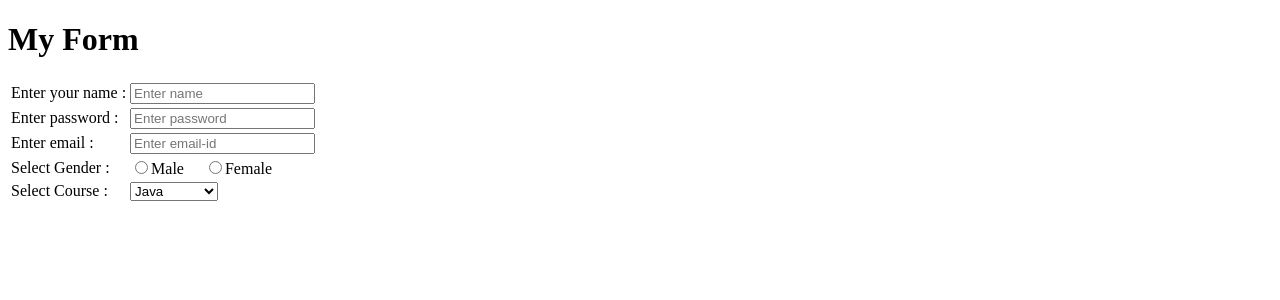
Repository: nin19/advance_java
Page: servlet/FormServlet/src/main/webapp/index.html
The author's editor kept a copy of each file at every save. The page is drawn from the files as they stood at one save, then again after the next save.
The browser window is 1280 px wide. The pictures show the whole page.

Above is the page before, as saved 2024-10-16 16:01:25.

After the next save:
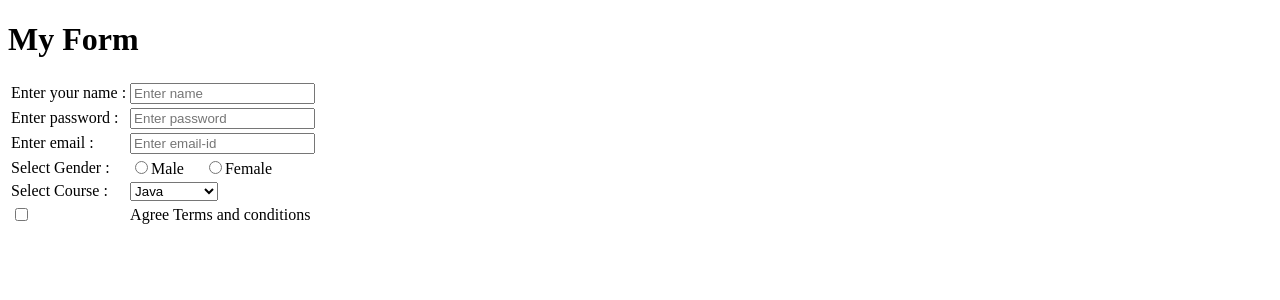
Saved 93 s later.
--- a/servlet/FormServlet/src/main/webapp/index.html
+++ b/servlet/FormServlet/src/main/webapp/index.html
@@ -38,6 +38,10 @@
 						</select>
 					</td>
 				</tr>
+				<tr>
+					<td><input type="checkbox" value="checked" name="condition"/></td>
+					<td>Agree Terms and conditions</td>
+				</tr>
 
 			</table>
 
